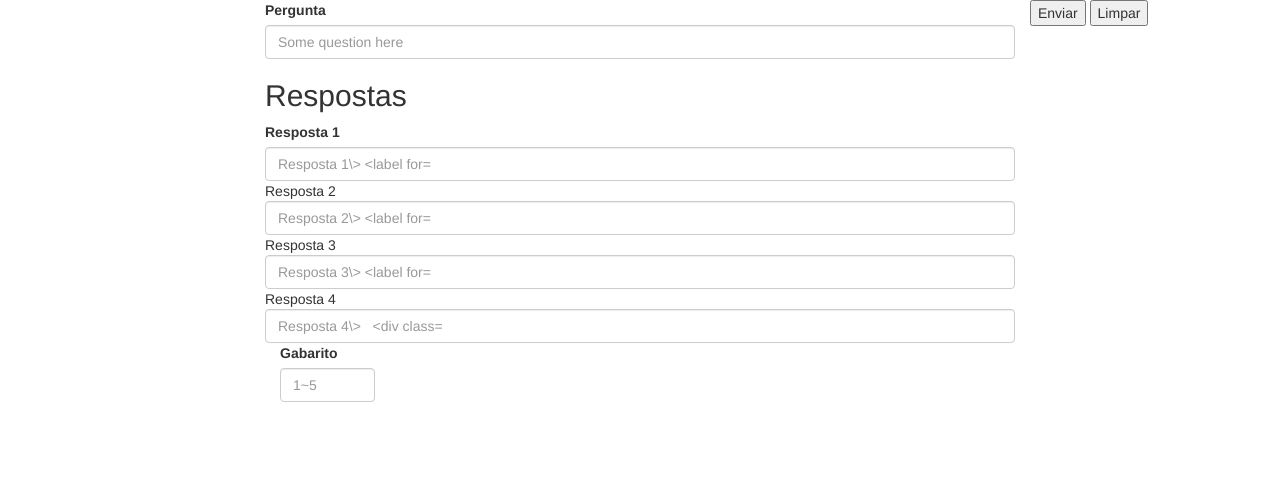
Repository: brunoUnigranrio/TDEs-Daw
Page: http://localhost/TDE1/cadastrarFormulario.jsp
These files come from the project's save history. The page is drawn as it stood at one moment and after a run of saves; the edit follows.
The browser window is 1280 px wide. The pictures show the whole page.
The page is served by Tomcat 9.

Above is the page before, as saved 2019-06-16 21:23:40.
Console error (its wording comes from the project's code and is left out).

After the next 2 saves:
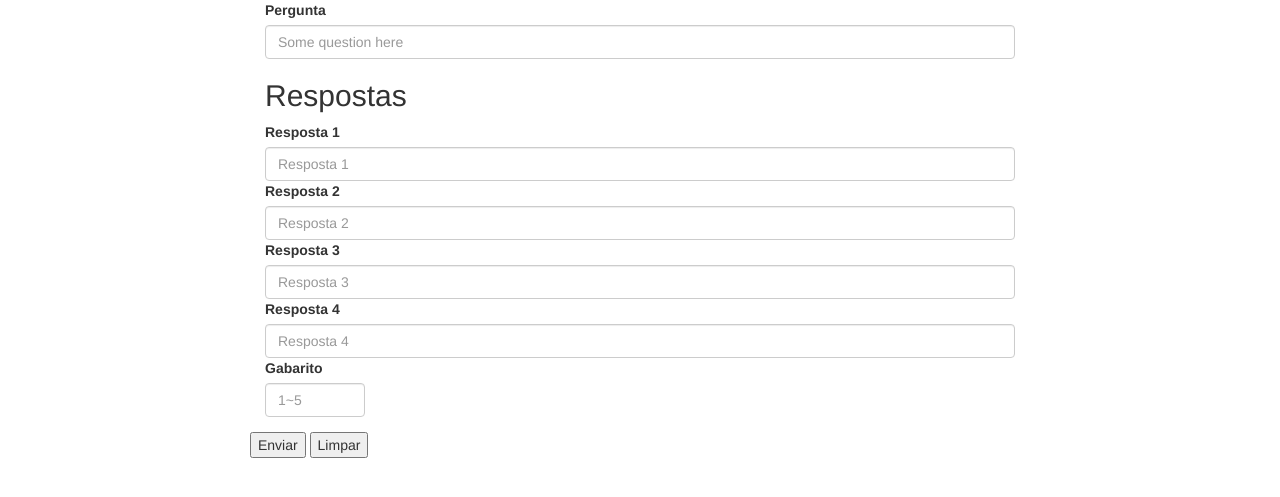
The 2 saves are shown as one change because 1 did not build or start.
The last was saved 46 s later.
--- a/TDE1/WebContent/cadastrarFormulario.jsp
+++ b/TDE1/WebContent/cadastrarFormulario.jsp
@@ -34,7 +34,7 @@
 		"<label for=\"r" + i + "\">Resposta " + i + "</label>"
 			  );
 	 out.println(
-			 " <input type=\"text\" class=\"form-control\" id=\"r" +i + "\" placeholder=\"Resposta " +i+ "\\> "
+			 " <input type=\"text\" class=\"form-control\" id=\"r" +i + "\" placeholder=\"Resposta " +i+ " \" \\> "
 			 );
 
   }
